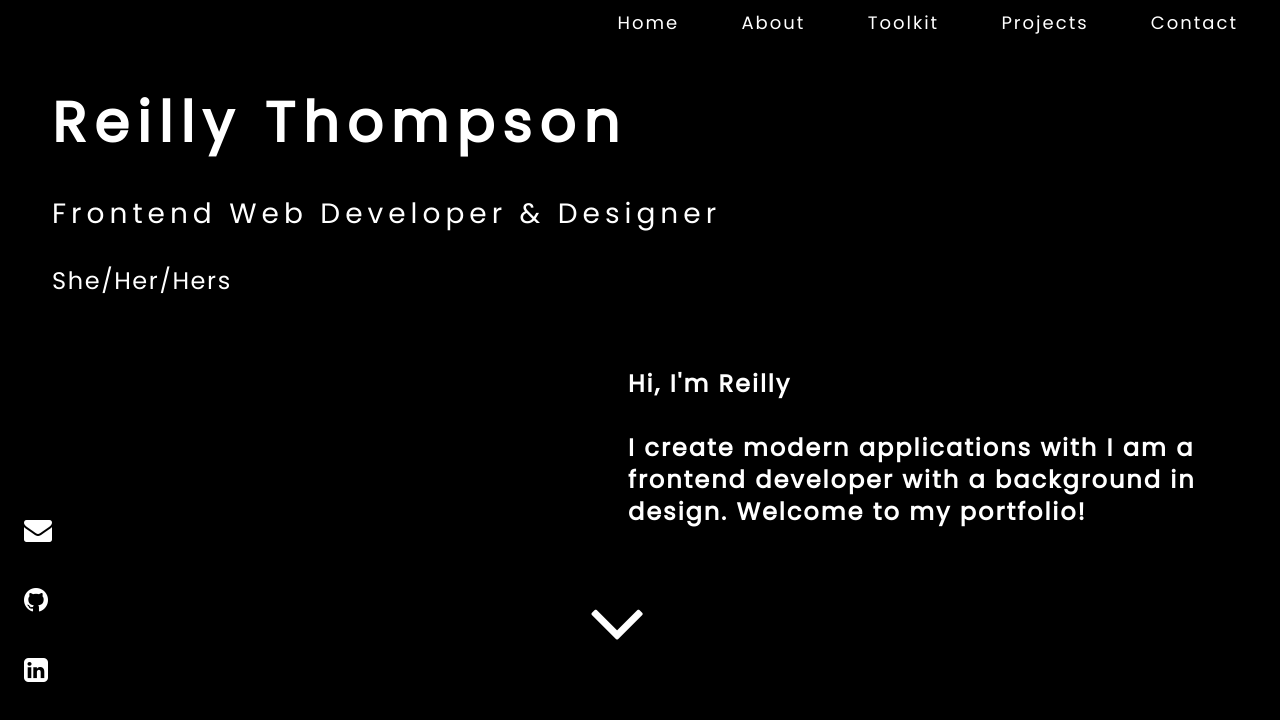
Repository: Rthompson2548/portfolio
Page: index.html
These files come from the project's save history. The page is drawn as it stood at one moment and after the next save; the edit follows.
The browser window is 1280 px wide. The pictures show the whole page.
Some web libraries are served in a nearby version.

Above is the page before, as saved 2022-04-12 13:38:02.

### index.html
<!DOCTYPE html>
<html>

<head>
	<meta name="viewport" content="width=device-width, initial-scale=1" />
	<!-- nav bar icons -->
	<link rel="stylesheet" href="https://cdnjs.cloudflare.com/ajax/libs/font-awesome/4.7.0/css/font-awesome.min.css" />
	<!-- font -->
	<link href="https://fonts.googleapis.com/css2?family=Roboto+Mono&display=swap" rel="stylesheet">
	<!-- toolkit icons -->
	<link rel="stylesheet" href="https://cdn.jsdelivr.net/gh/devicons/devicon@v2.14.0/devicon.min.css" />
	<link rel="stylesheet" href="https://cdn.jsdelivr.net/gh/devicons/devicon@v2.14.0/devicon.min.css" />
	<link href="https://fonts.googleapis.com/icon?family=Material+Icons" rel="stylesheet" rel="stylesheet" />
	<link rel="preconnect" href="https://fonts.googleapis.com">
	<link rel="preconnect" href="https://fonts.gstatic.com" crossorigin>
	<link href="https://fonts.googleapis.com/css2?family=Poppins&display=swap" rel="stylesheet">
	<!-- style.css file -->
	<link rel="stylesheet" href="style.css" />
	<title>Reilly Thompson</title>
</head>
<header class="header-container">
	<!-- nav bar -->
	<div id="nav-bar" class="nav-bar selectSection">
		<div>
			<button type="button" data-number="1" id="go-to-home" class="nav-bar-item active" href="#home">
					Home
				</button>
				<button type="button" data-number="2" id="go-to-about" class="nav-bar-item" href="#about">
					About
				</button>
				<button type="button" data-number="3" id="go-to-toolkit" class="nav-bar-item" href="#toolkit">
					Toolkit
				</button>
				<button type="button" data-number="4" id="go-to-projects" class="nav-bar-item" href="#projects">
					Projects
				</button>
				<button type="button" data-number="5" id="go-to-contact" class="nav-bar-item" href="#contact">
					Contact
				</button>
				</div>
				</div>
</header>

<body>
	<div class="contentSection">
		<!-- home page -->
		<div class="home content" data-number="1" id="home content">

			<div class="home-left">
				<p class="home-contact-icon">
					<a href="mailto: thompson.reilly@yahoo.com">
						<i class="fa fa-envelope" aria-hidden="true"></i> </a>
				</p>

				<p class="home-contact-icon">
					<a href="https://github.com/Rthompson2548" target="_blank">
						<i class="fa fa-github" aria-hidden="true"></i>
					</a>
				</p>

				<p class="home-contact-icon">
					<a href="https://www.linkedin.com/in/reillythompson/" target="_blank">
						<i class="fa fa-linkedin-square contact-icon-size white"></i>
					</a>
				</p>
			</div>

			<div class="home-middle">
				<h1 class="home-page-name">Reilly Thompson</h1>
				<h3 class="home-page-description">Frontend Web Developer & Designer<h3 />
				<h3 class="pronouns">
					She/Her/Hers
					<h3 />

			</div>

			<div class="home-right">
					<h4>Hi, I'm Reilly</h4>
					<h4>I create modern applications with
						I am a frontend developer with a background in design. Welcome to my portfolio!
					</h4>

			</div>


			<div id="nav-bar" class="selectSection go-down-btn">

				<button type="button" data-number="2" id="go-to-about" class="nav-bar-item" href="#about">
					<i class="fa fa-angle-down"></i>
				</button>

			</div>


		</div>
		<!-- about -->
		<div name="about" data-number="2" id="about content" class="about content">
			<h2 class="page-title">About</h2>
			<div class="about-page">
				<div>
					<p class="about-text">
						Hi there,
					</p>
					<p></p>
					<p class="about-text">
						Thanks for stopping by! I am a Front End Software Developer with a background in design. I have a passion for leveraging my technical and creative skills to build beautiful, responsive web applications.
					</p>
					<p class="about-text">
						I recently received my certificate from an intensive full stack software development course at Thinkful. My time nowadays is spent improving my tech skills, designing & developing front-end applications, and learning new things.
					</p>
					<p class="about-text">
						When I'm not coding, you can find me spending time with friends, family, and my dogs.
					</p>
				</div>
				<!-- <div>
					<img class="profile-img" src="/images/profile.jpg" alt="">
				</div> -->
			</div>
			</div>
			<!-- toolkit -->
			<div name="toolkit" data-number="3" id="toolkit content" class="toolkit content">
				<h2 class="page-title">Toolkit</h2>
			<div>
				<!-- icon grid here -->
				<div>
					<h1 class="toolkit-icons-row toolkit-section-title">Front End</h1>
					<div class="toolkit-icons-row">
						<i class="toolkit-icon devicon-html5-plain-wordmark colored"></i>
						<i class="toolkit-icon devicon-css3-plain-wordmark colored"></i>
						<i class="toolkit-icon devicon-react-original-wordmark colored"></i>
						</div>
						<div class="toolkit-icons-row">
							<i class="toolkit-icon devicon-bootstrap-plain-wordmark "></i>
							<i class="toolkit-icon devicon-jquery-plain-wordmark colored"></i>
					</div>
				</div>

				<div>
					<h1 class="toolkit-icons-row toolkit-section-title">Back End</h1>
					<div class="toolkit-icons-row">
						<i class="toolkit-icon devicon-nodejs-plain-wordmark colored"></i>
						<i class="toolkit-icon devicon-express-original white"></i>
						<i class="toolkit-icon devicon-postgresql-plain-wordmark colored"></i>
					</div>
				</div>
				<div>
					<h1 class="toolkit-icons-row toolkit-section-title">Additional Tools</h1>

						<div class="toolkit-icons-row">
							<i class="toolkit-icon devicon-javascript-plain colored"></i>
							<i class="toolkit-icon devicon-heroku-plain-wordmark "></i>
							<i class="toolkit-icon devicon-typescript-plain colored"></i>
							</div>
							<div class="toolkit-icons-row">
							<i class="toolkit-icon devicon-git-plain-wordmark red"></i>
							<i class="toolkit-icon devicon-vscode-plain-wordmark colored"></i>
						</div>
				</div>
				</div>
			</div>
					<!-- projects -->
		<div name="projects" class="projects content" data-number="4" id="projects content">
						<h2 class="page-title">Projects</h2>

							<div class="project-section">
								<div class="project-title">
									<a href="https://cocktail-point.vercel.app/" target="_blank">
										Hex Code Generator
									</a>

								</div>

								<div class="demo-code">
									<a class="demo-code-item demo-code-item-first" href="https://github.com/Rthompson2548/hex-code-generator"
										target="_blank">
										<p>Code</p>
										<i class="fa fa-code"></i>
									</a>

									<a class="demo-code-item" href="https://hex-code-generator.vercel.app/" target="_blank">
										<p>Demo</p>
										<i class="fa fa-eye"></i>
									</a>

								</div>


								<a href="https://hex-code-generator.vercel.app/" target="_blank">
									<img src="/images/updated-hex-generator.PNG">
								</a>
							</div>


							<div class="project-section">
								<div class="project-title">
									<a href="https://cocktail-point.vercel.app/" target="_blank">
										Cocktail Handbook
									</a>

								</div>
								<div class="demo-code">
									<a class="demo-code-item demo-code-item-first" href="https://github.com/Rthompson2548/cocktails" target="_blank">
										<p>Code</p>
										<i class="fa fa-code"></i>
									</a>

									<a class="demo-code-item" href="https://cocktail-point.vercel.app/" target="_blank">
										<p>Demo</p>
										<i class="fa fa-eye"></i>
									</a>

								</div>


								<a href="https://cocktail-point.vercel.app/" target="_blank">
									<img src="/images/cocktail-handbook.PNG" alt="movie booker project image">
								</a>
							</div>

							<div class="project-section">
								<div class="project-title">
									<a href="https://github.com/Rthompson2548/boolean-job-searcher" target="_blank">
										Boolean Job Finder
									</a>

								</div>

								<div class="demo-code">
									<a class="demo-code-item demo-code-item-first" href="https://github.com/Rthompson2548/boolean-job-searcher"
										target="_blank">
										<p>Code</p>
										<i class="fa fa-code"></i>
									</a>

									<a class="demo-code-item" href="https://boolean-job-searcher.vercel.app/" target="_blank">
										<p>Demo</p>
										<i class="fa fa-eye"></i>
									</a>

								</div>


								<a href="https://boolean-job-searcher.vercel.app/" target="_blank">
									<img src="/images/boolean.PNG">
								</a>
							</div>


						<div class="project-section">
							<div class="project-title">
								<a href="https://finance-tracker-woad.vercel.app/" target="_blank">
									Finance Tracker
								</a>
							</div>


							<div class="demo-code">
								<a class="demo-code-item demo-code-item-first" href="https://github.com/Rthompson2548/finance-tracker"
									target="_blank">
									<p>Code</p>
									<i class="fa fa-code"></i>
								</a>

								<a class="demo-code-item" href="https://finance-tracker-woad.vercel.app/" target="_blank">
									<p>Demo</p>
									<i class="fa fa-eye"></i>
								</a>

							</div>

							<a href="https://finance-tracker-woad.vercel.app/" target="_blank">
								<img src="/images/finance-tracker-img.PNG" alt="movie booker project image">
							</a>
						</div>

						<div class="project-section">
							<div class="project-title">
								<a href="https://movie-theatre-booking-app.vercel.app/" target="_blank">
									Cinema Hub
								</a>
							</div>



							<div class="demo-code">
								<a class="demo-code-item demo-code-item-first" href="https://github.com/Rthompson2548/cinema-hub"
									target="_blank">
									<p>Code</p>
									<i class="fa fa-code"></i>
								</a>

								<a class="demo-code-item" href="https://movie-theatre-booking-app.vercel.app/" target="_blank">
									<p>Demo</p>
									<i class="fa fa-eye"></i>
								</a>

							</div>


						<a href="https://movie-theatre-booking-app.vercel.app/" target="_blank">
								<img src="/images/cinema-hub-app.PNG" alt="movie booker project image">
							</a>
						</div>

						<div class="project-section">
							<div class="project-title">
								<a href="https://project-decoder-ring.vercel.app/" target="_blank">
									Crypto-Messenger
								</a>
							</div>




							<div class="demo-code">
								<a class="demo-code-item demo-code-item-first" href="https://github.com/Rthompson2548/encode-decode" target="_blank">
									<p>Code</p>
									<i class="fa fa-code"></i>
								</a>

								<a class="demo-code-item" href="https://project-decoder-ring.vercel.app/" target="_blank">
									<p>Demo</p>
									<i class="fa fa-eye"></i>
								</a>

							</div>

							<a href="https://project-decoder-ring.vercel.app/" target="_blank">
								<img src="/images/crypto-message-application.PNG" alt="decoder ring app project image">
							</a>
						</div>




		</div>
		<!-- contact -->
		<div name="contact" data-number="5" id="contact content" class="contact content">
			<h1 class="page-title">Contact Me</h1>

				<ul class="contact-icons">
					<li class="contact-icon">
							<a href="https://github.com/Rthompson2548" target="_blank">
								<i class="fa fa-github" aria-hidden="true"></i>

							</a>
							<p class="contact-icon-text">@Rthompson2548</p>
					</li>

					<li class="contact-icon">
							<a href="https://www.linkedin.com/in/reillythompson/" target="_blank">
								<i class="fa fa-linkedin-square contact-icon-size white"></i>
							</a>
							<p class="contact-icon-text">@reillythompson</p>
					</li>

					<li class="contact-icon">
						<a href="mailto: thompson.reilly@yahoo.com">
							<i class="fa fa-envelope" aria-hidden="true"></i> </a>
						<p class="contact-icon-text">thompson.reilly@yahoo.com</p>

					</li>

					<li class="contact-icon">
						<a href="tel:9712803415">
							<i class="fa fa-phone" aria-hidden="true"></i>
						</a>
						<p class="contact-icon-text">971-280-3415</p>
					</li>

					<li class="contact-icon">
						<a href="sms:9712803415">
							<i class="fa fa-comment" aria-hidden="true"></i>
						</a>
						<p class="contact-icon-text">971-280-3415</p>

					</li>
				</ul>
		</div>


		</div>
		</div>

	<script src="script.js"></script>
</body>

</html>

### style.css
/* global */
* {
  font-family: 'Poppins', sans-serif;
  max-width: 100%;
  background-color: #000;
  color: #fff;
  letter-spacing: 2px;
}

a {
  text-decoration: none;
  color: #fff;
  letter-spacing: 4px;
  padding-bottom: 5px;
}

.fa-angle-down {
  font-size: 58px;
  font-weight: medium;
  text-align: center !important;
}

.go-down-btn {
  position: fixed;
  left: 50%;
  bottom: 0px;
  transform: translate(-50%, -50%);
  margin: 0 auto;
}

.header-container {
  display: flex;
  flex-direction: row;
}

.hidden {
  display: none;
}

.content {
  margin: 10px 36px 0px 36px;
  padding-top: 24px;
}

.page-title {
  font-size: 42px;
  margin-bottom: 16px;
}

.nav-bar {
  display: flex;
  position: fixed;
  padding-bottom: 10px;
  justify-content: space-evenly;
  width: 100%;
  top: 0;
}

.fa-code {
  color: #fff;
}


.nav-bar-item {
  font-size: 10px;
  border: none;
  margin-top: 8px;
}

.home {
  display: flex;
  flex-direction: column;
}

.home-middle {
  margin-left: 8px;
}

.home-right {
  right: 0;
  bottom: 0;
  position: absolute;
  font-size: 14px;
  font-weight: 100 !important;
  width: 250px;
  margin: 0 12px 80px 0;
  line-height: 2.5rem;
}

.home-contact-icon {
  font-size: 28px;
}

.home-left {
  left: 0;
  bottom: 0;
  position: absolute;
  padding: 0 12px 0 24px;
}

.view-work-button {
  padding: 8px 28px;
  margin-top: 12px;
  border: none;
  color: #fff;
  border-radius: 12px;
  font-size: 16px;
  letter-spacing: 1.5px;
  background-color: blueviolet;
}

.profile-img {
  width: 300px;
  height: auto;
}

.pronouns {
  font-size: 16px;
  letter-spacing: 1.6px;
  font-weight: normal;
}

.home-page-name {
  font-size: 28px;
  font-weight: medium;
  overflow-wrap: normal;
  width: 350px;
  display: table-caption;
  margin-bottom: 0px;
  letter-spacing: 5px;
}

.home-page-description {
  font-size: 16px;
  font-weight: normal;
  width: 350px;
}

.toolkit-section-title {
  font-size: 28px;
  letter-spacing: 2px;
  font-weight: normal;
}

.toolkit-icons-row {
  display: flex;
  justify-content: space-evenly;
  margin: 72px 10px 40px 0;
}

.toolkit-icon {
  font-size: 65px;
  margin: 0 6px;
}

/* change name */
.white-icon {
  color: rgb(255, 255, 255);
  margin-right: 14px;
  text-decoration: none;
  font-size: 20px;
}


.contact-icon {
  text-decoration: none;
  font-size: 36px;
  display: flex;
  flex-direction: column;
  align-items: center;

}

.contact-icon-text {
  font-size: 14px;
  margin-top: 0px;
}

.contact-icons {
  font-size: 42px;
  margin-top: 25%;
}

.project-section {
  display: flex;
  flex-direction: column;
  align-items: center;
  margin: 52px 0;
}

.project-section i {
  font-size: 32px;
  margin-bottom: 24px;
}

.project-section img {
  border-radius: 5px;
  width: 300px;
  height: auto;
  box-shadow: rgba(0, 0, 0, 0.07) 0px 1px 1px, rgba(0, 0, 0, 0.07) 0px 2px 2px, rgba(0, 0, 0, 0.07) 0px 4px 4px, rgba(0, 0, 0, 0.07) 0px 8px 8px, rgba(0, 0, 0, 0.07) 0px 16px 16px;
}

.demo-code {
  display: flex;
  justify-content: center;
}

.demo-code-item {
  display: flex;
  flex-direction: column;
  align-items: center;
  margin: 3px 10px;
}

.demo-code-item i {
  font-size: 20px;
}

.project-title {
  font-weight: bold;
  font-size: 18px;
  margin: 18px 0;
  /* text-shadow:
    0 0 7px #fff,
    0 0 10px #fff,
    0 0 21px #fff,
    0 0 42px #0fa,
    0 0 82px #0fa,
    0 0 92px #0fa,
    0 0 102px #0fa,
    0 0 151px #0fa; */
}

.page-text {
  font-size: 20px;
  letter-spacing: 1.25px;
  font-weight: 100;
  line-height: 2rem;
  /* margin: 0 75px 32px 0; */
}

.about-page {
  display: flex;
  flex-direction: column;
}

.about-text {
  font-size: 14px;
  width: 300px;
}
/** only displays home page when website is displayed */
.content:not(:first-child) {
    display: none;
}


@media (min-width: 500px) {
  .nav-bar-item {
    font-size: 14px;
    margin-right: 18px;
  }

  .home-page-description {
    font-size: 18px;
    width: 500px;
  }

  .home-page-name {
    width: 500px;
    font-size: 36px;
  }

  .home-right {
    width: 350px;
    font-size: 18px;
    margin-right: 32px;
    margin-bottom: 116px;
  }

  .about-text {
    font-size: 16px;
    width: 450px;
  }
}

@media (min-width: 600px) {
  .about-text {
    width: 575px;
  }

  .toolkit-section-title {
    font-size: 38px;
  }
}

/* desktop view */
@media (min-width: 800px) {
  .contact {
    font-size: 30px;
  }

  .fa-angle-down {
    font-size: 72px;
  }

  .view-work-button {
    margin-top: 30px;
    padding: 12px 38px;
    font-size: 24px;
  }

  .home-page-description {
    font-size: 24px;
    letter-spacing: 4px;
    /* margin-left: 14px; */
    margin-bottom: 28px;
  }

  .home-right {
    width: 500px;
    font-size: 20px;
    margin: 0 52px 125px 0px;
    line-height: 2rem;
  }

  .pronouns {
    font-size: 24px;
  }

  .nav-bar-item {
    font-size: 16px;
    padding-right: 32px;
  }

  .nav-bar {
    display: flex;
    justify-content: end;
  }

  .page-title {
    font-size: 42px;
    margin-bottom: 24px;
    font-weight: 300;
    margin-right: 12px;
  }

  .home-page-name {
    font-size: 48px;
    width: 750px;
  }

  .toolkit-icon {
    font-size: 100px;
    margin: 22px;
  }

  .home {
    flex-direction: row;
  }

  .project-section img {
    width: 400px;
    height: auto;
    box-shadow: rgba(0, 0, 0, 0.3) 0px 19px 38px, rgba(0, 0, 0, 0.22) 0px 15px 12px;
  }

  .project-title {
    font-size: 32px;
  }

  .contact-icons {
    font-size: 100px;
    margin-top: 10%
  }

  .contact {
    margin-bottom: 0 !important;
  }

  .page-text {
    margin: 0 75px 0 0;
  }

.about-page {
  display: flex;
  flex-direction: row;
}

.about-text {
  font-size: 22px;
  line-height: 2.25rem;
  width: 750px;
}

.profile-img {
  width: 300px;
  height: auto;
  /* margin-top: 40px; */
  margin-bottom: 12px;
  margin-right: 75px;
}

}



@media (min-width: 900px) {

.about-page {
  display: flex;
  flex-direction: row;
}

.fa-angle-down {
  font-size: 92px;
}

.profile-img {
  width: 500px;
  height: auto;
  margin-right: 100px;
}

  .home-page-name {
    letter-spacing: 8px;
    font-size: 56px;
    width: 700px;
  }

  .home-page-description {
    font-size: 28px;
    letter-spacing: 5px;
    width: 700px;
  }

  .home-right {
    width: 600px;
    font-size: 24px;
    margin-bottom: 160px;
  }

  .nav-bar-item {
    font-size: 18px;
  }

   .project-section img {
    width: 600px;
    height: auto;
  }

  .page-text {
    margin: 0 250px 10px 0;
  }
}

@media (min-width: 1000px) {
  .about-text {
    width: 950px;
  }

  .toolkit-section-title {
    font-size: 42px;
  }

  .page-title {
    font-size: 44px;
  }
}

@media (min-width: 1200px) {
  .about-text {
    width: 1175px;
  }
}

### script.js
let Buttons = document.querySelectorAll(".selectSection button")

const goToHomePage = document.getElementById("go-to-home");
const home = document.getElementById("home");

const goToAboutPage = document.getElementById("go-to-about");
const about = document.getElementById("about");


const goToToolkitPage = document.getElementById("go-to-toolkit");
const toolkit = document.getElementById("toolkit");

const goToProjectsPage = document.getElementById("go-to-projects");
const projects = document.getElementById("projects");

const goToContactPage = document.getElementById("go-to-contact")
const contact = document.getElementById("contact");


for (let button of Buttons) {
    button.addEventListener("click", (event) => {
        const eventTarget = event.target;

        const activePage = document.querySelector(".active");

        if (activePage) {
            activePage.classList.remove("active");
        }

        eventTarget.classList.add("active");

        let allContent = document.querySelectorAll(".content");

        for (let content of allContent) {
            if (content.getAttribute("data-number") === button.getAttribute("data-number")) {
                content.style.display = "block";
            }

            else {
                content.style.display = "none";
            }
        }
    })
}

After the next save:
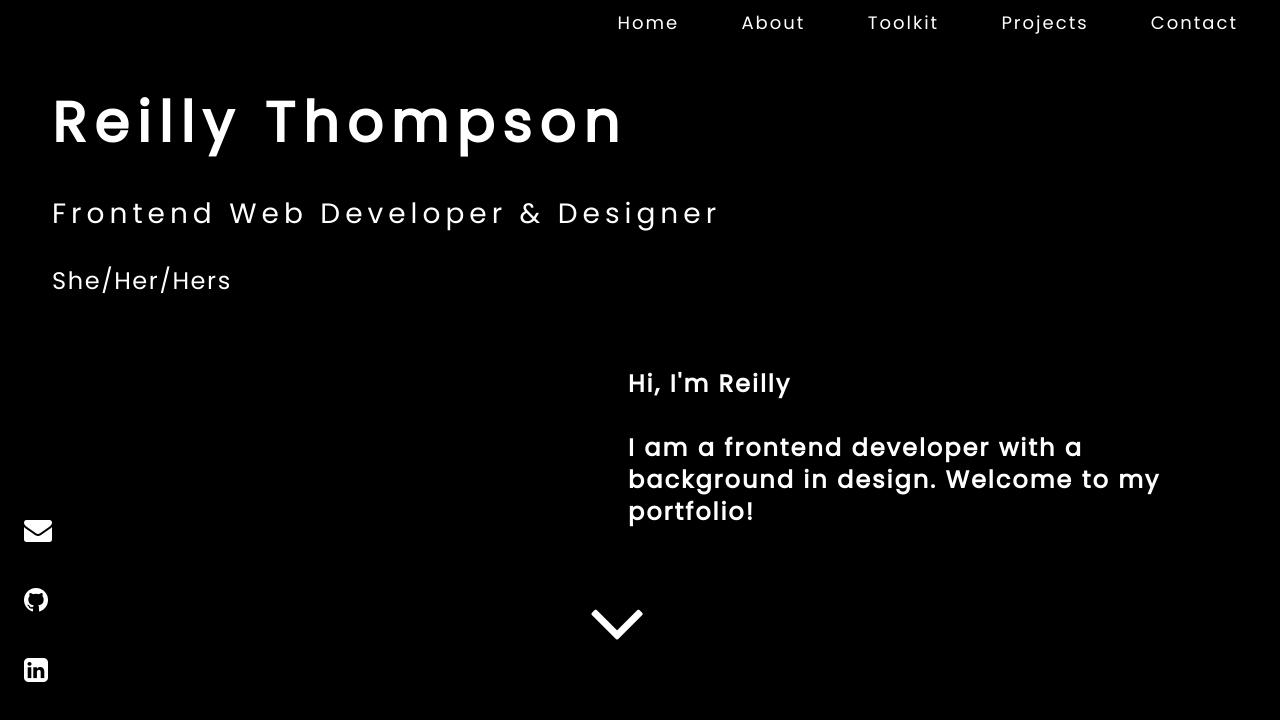
Saved 6 s later.
--- a/index.html
+++ b/index.html
@@ -76,7 +76,7 @@
 
 			<div class="home-right">
 					<h4>Hi, I'm Reilly</h4>
-					<h4>I create modern applications with
+					<h4>
 						I am a frontend developer with a background in design. Welcome to my portfolio!
 					</h4>
 
